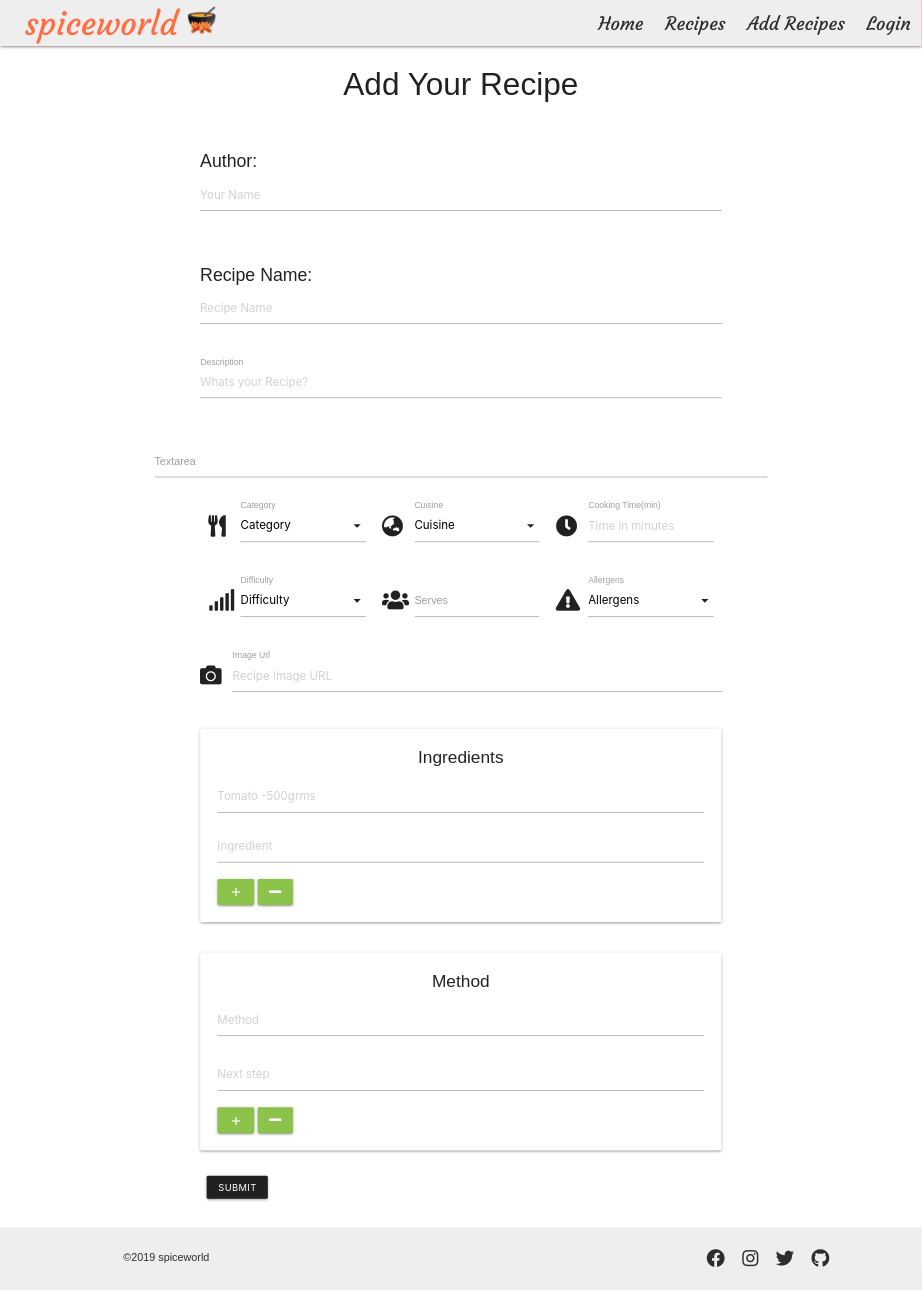
Repository: stephyraju/spiceworld
Page: http://localhost/add_recipe
The author's editor kept a record of every edit. The page is drawn from the files as they stood at one moment, then again after the next edit.
The browser window is 1280 px wide. The pictures show the whole page, at 72% of full size.
Some web libraries are served in a nearby version. The page is served by the project's application, run on Flask 3 (app.py). Queries for data that is not in the repository find no rows.

Above is the page before.

After the next edit:
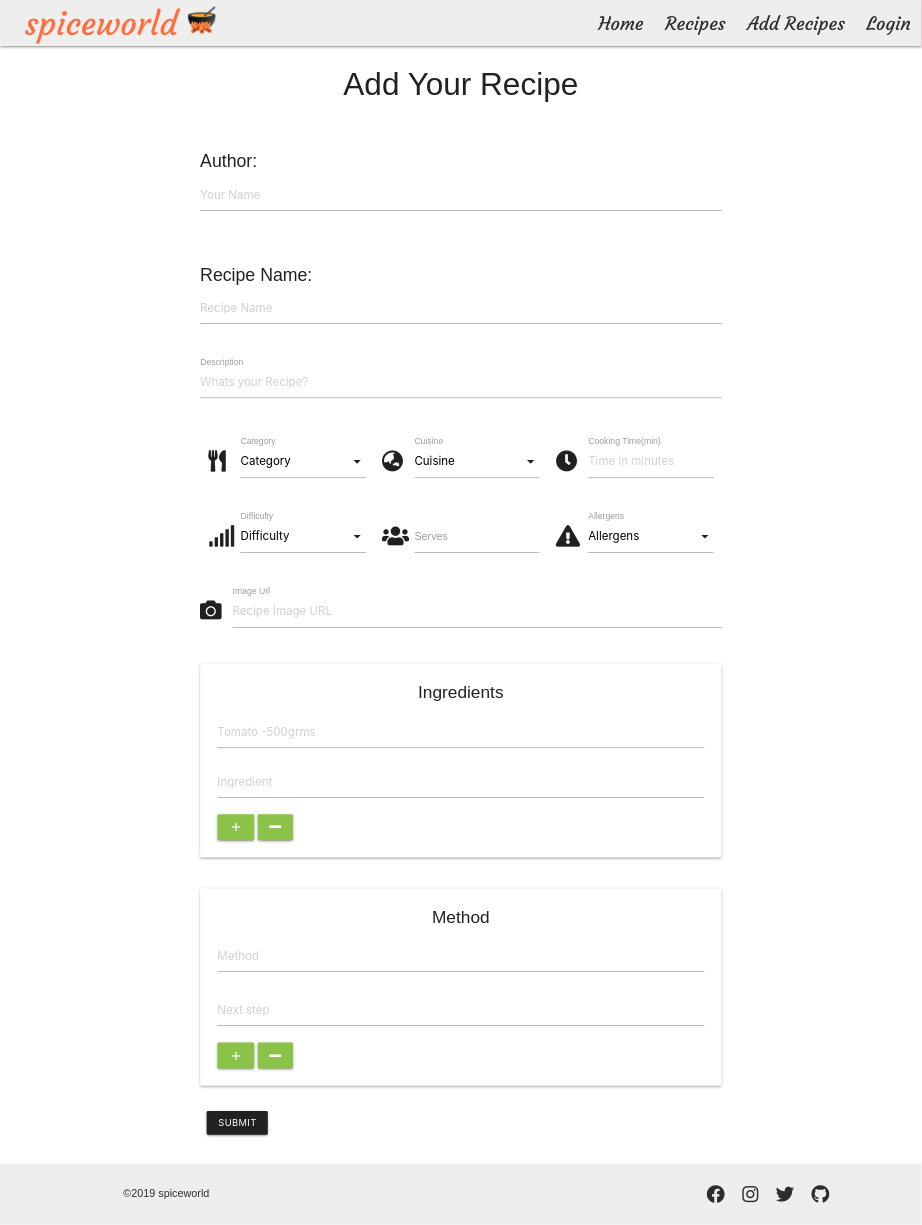
The edit:
--- a/templates/addrecipe.html
+++ b/templates/addrecipe.html
@@ -19,18 +19,15 @@
                     <input placeholder="Recipe Name" id="recipe_name" name="recipe_name" type="text" class="validate" required="">
                 </div>
             </div>
- <div class="row">
+             <!-- Description -->
+            <div class="row">
                 <div class="input-field col s10 offset-s1">
 
-                    <textarea id="recipe_description" placeholder="Whats your Recipe?" name="recipe_description"  class="materialize-textarea" required></textarea>
+                    <textarea id="recipe_description" placeholder="Whats your Recipe?" name="recipe_description" class="materialize-textarea" required></textarea>
                     <label for="icon_telephone">Description</label>
                 </div>
             </div>
 
-            <div class="input-field col s12">
-          <textarea id="textarea1" class="materialize-textarea"></textarea>
-          <label for="textarea1">Textarea</label>
-        </div>
 
 
             <!-- Category -->
